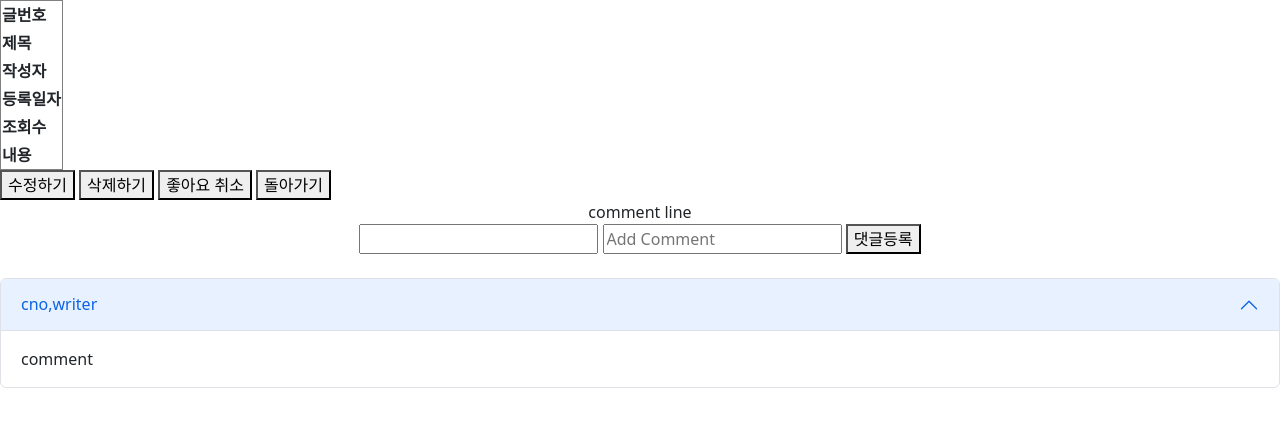
Repository: WoodongMaster/JSP_Workspace
Page: http://localhost/jsp_project/board/post.jsp
The author's editor kept a copy of each file at every save. The page is drawn from the files as they stood at one save, then again after the next save.
The browser window is 1280 px wide. The pictures show the whole page.
The page is served by Tomcat 9. The template is opened directly, without the code that normally fills it, so the values that code supplies are empty.

Above is the page before, as saved 2023-05-19 02:23:11.

After the next save:
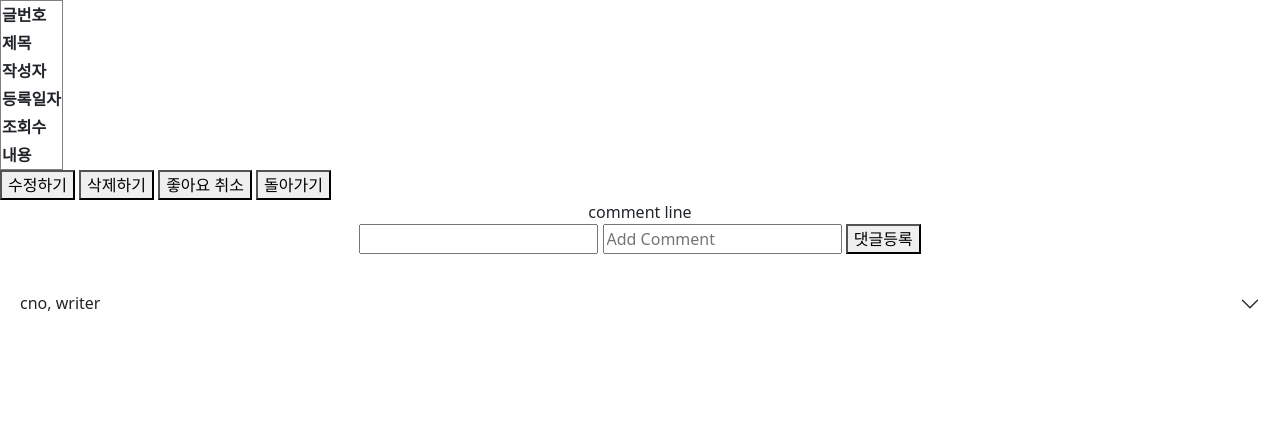
Saved 77 s later.
--- a/jsp_project3/jsp_project/src/main/webapp/board/post.jsp
+++ b/jsp_project3/jsp_project/src/main/webapp/board/post.jsp
@@ -77,17 +77,15 @@
 	</div>
 	<br>
 	<%-- 댓글 표시 라인 --%>
-<div class="accordion" id="accordionExample">
+<div class="accordion accordion-flush" id="accordionFlushExample">
   <div class="accordion-item">
-    <h2 class="accordion-header" id="headingOne">
-      <button class="accordion-button" type="button" data-bs-toggle="collapse" data-bs-target="#collapseOne" aria-expanded="true" aria-controls="collapseOne">
-        cno,writer
+    <h2 class="accordion-header" id="flush-headingOne">
+      <button class="accordion-button collapsed" type="button" data-bs-toggle="collapse" data-bs-target="#flush-collapseOne" aria-expanded="false" aria-controls="flush-collapseOne">
+        cno, writer
       </button>
     </h2>
-    <div id="collapseOne" class="accordion-collapse collapse show" aria-labelledby="headingOne" data-bs-parent="#accordionExample">
-      <div class="accordion-body">
-      comment
-      </div>
+    <div id="flush-collapseOne" class="accordion-collapse collapse" aria-labelledby="flush-headingOne" data-bs-parent="#accordionFlushExample">
+      <div class="accordion-body">comment</div>
     </div>
   </div>
 </div>
